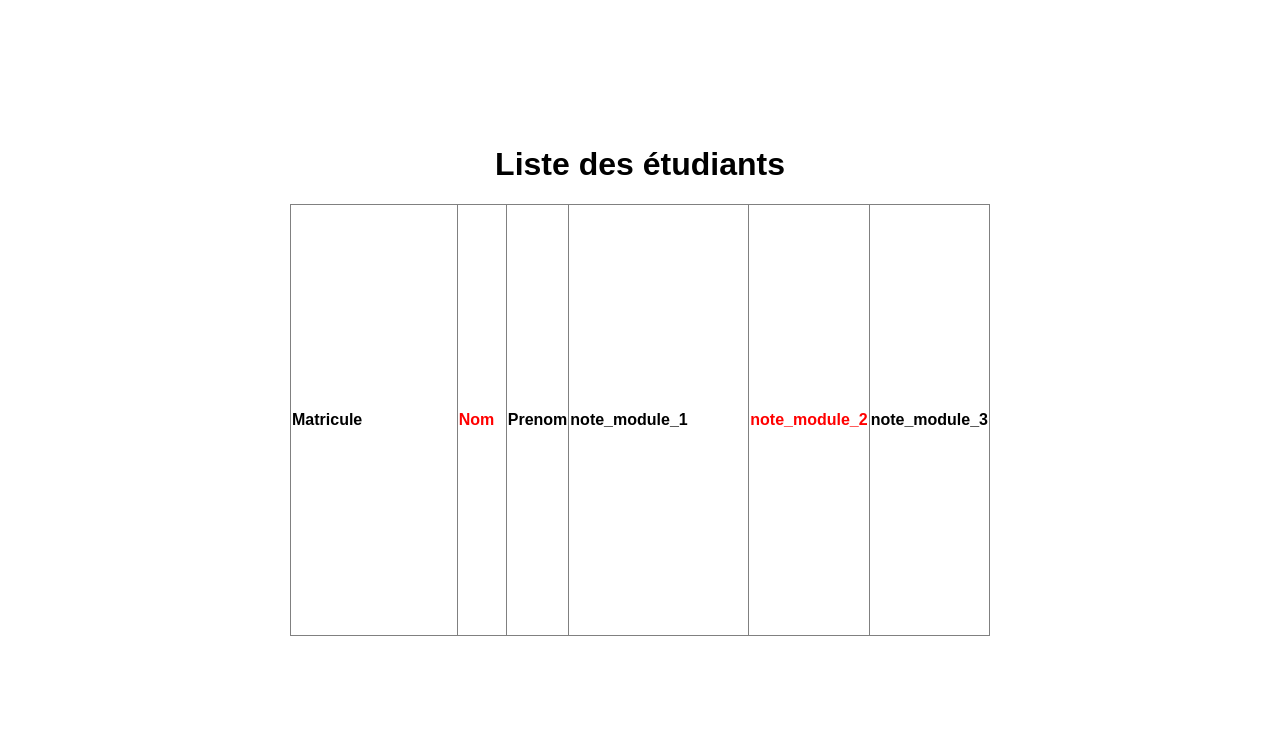
Repository: tt5300447/parakeet
Page: http://localhost/
These files come from the project's save history. The page is drawn as it stood at one moment and after the next save; the edit follows.
The browser window is 1280 px wide. The pictures show the whole page.
The page is run by PHP 8.4 with error messages shown; the project is at /var/www/html/. Queries for data that is not in the repository find no rows.

Above is the page before, as saved 2022-06-19 16:00:02.

After the next save:
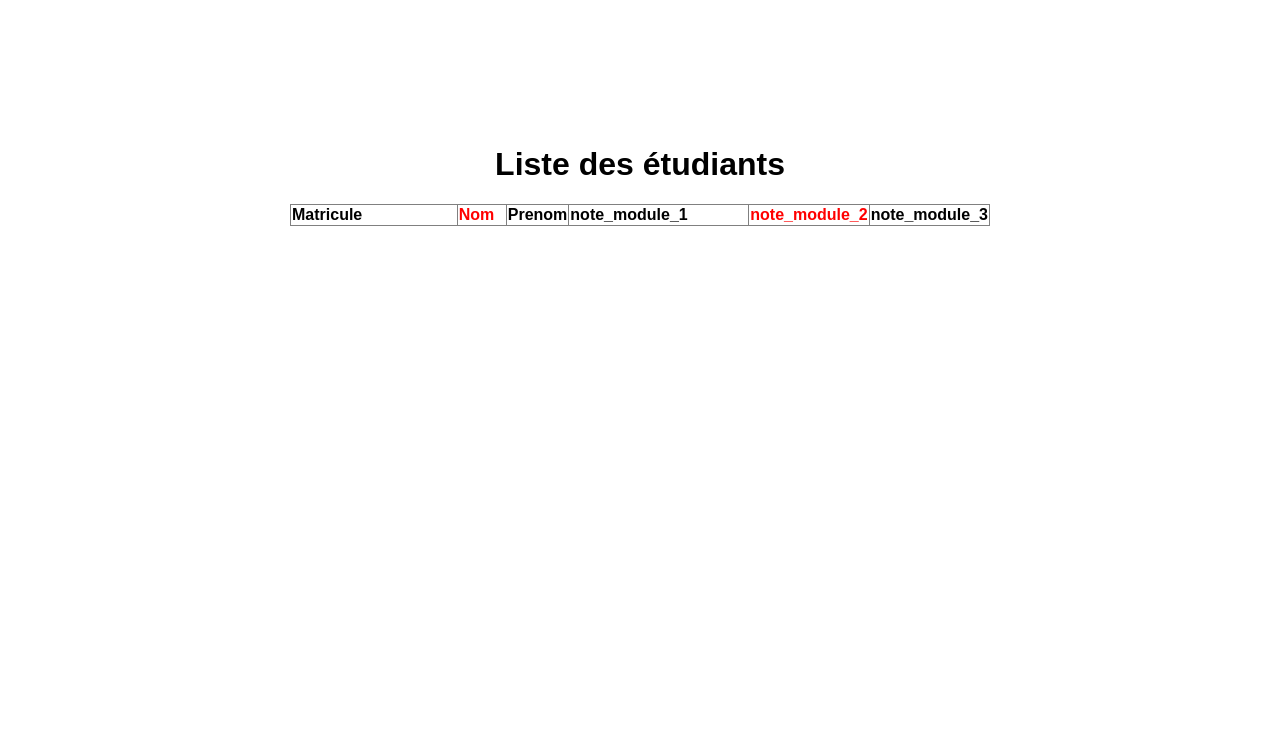
Saved 15 s later.
--- a/Copier/htdocs/Liste/index.php
+++ b/Copier/htdocs/Liste/index.php
@@ -36,7 +36,8 @@ echo "<table border='1'>
         <th class='code-cell'>note_module_2</th>
         <th class='pop96-cell'>note_module_3</th>
     </tr>
-</thead>";
+</thead>
+<tbody>";
 
 while($row = mysqli_fetch_array($result))
 {
